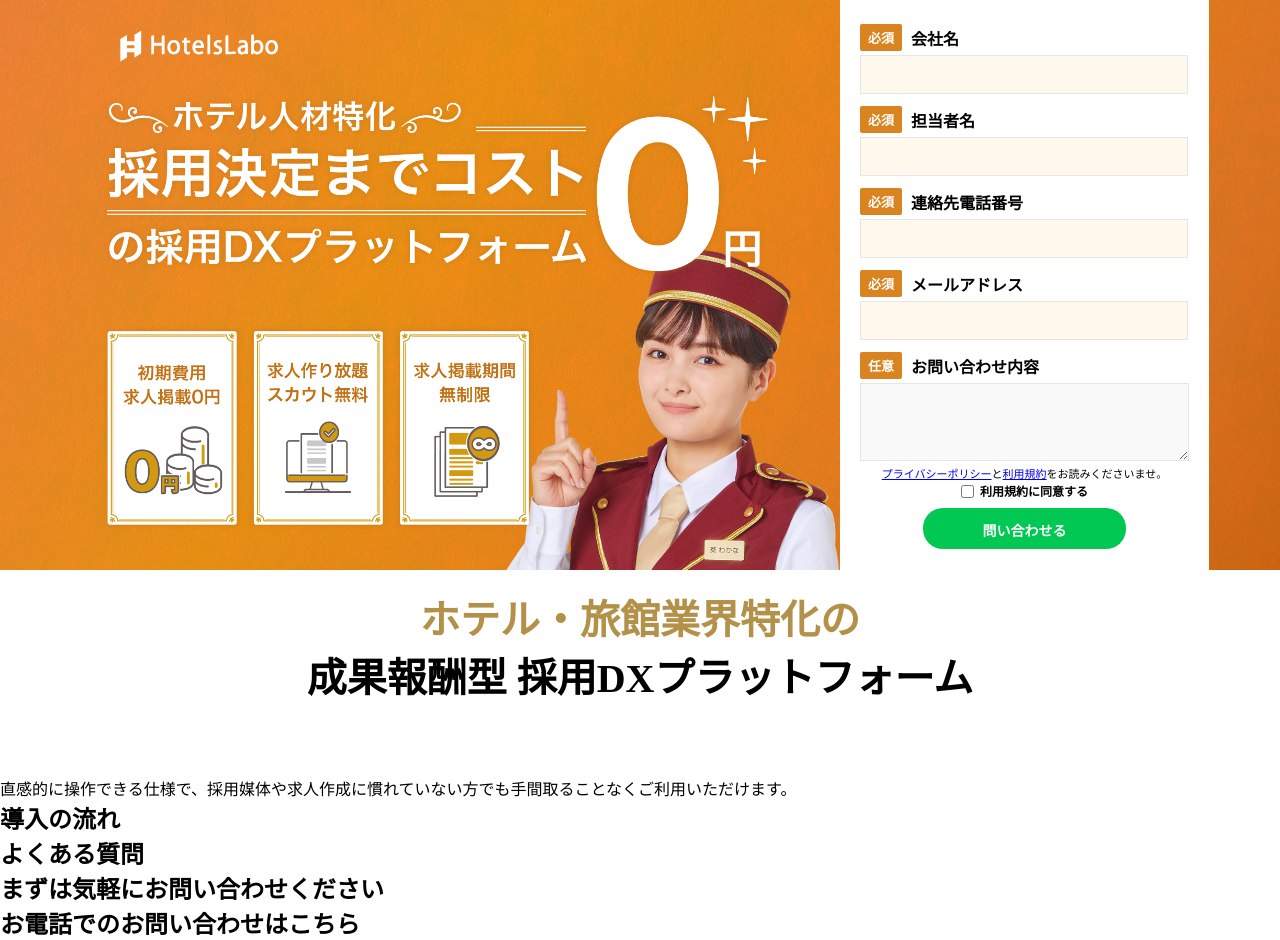
Repository: FujieRyou/to_b_lp
Page: index.html
These files come from the project's save history. The page is drawn as it stood at one moment and after the next save; the edit follows.
The browser window is 1280 px wide. The pictures show the whole page.

Above is the page before, as saved 2024-02-27 03:29:32.
Not found: index.js

After the next save:
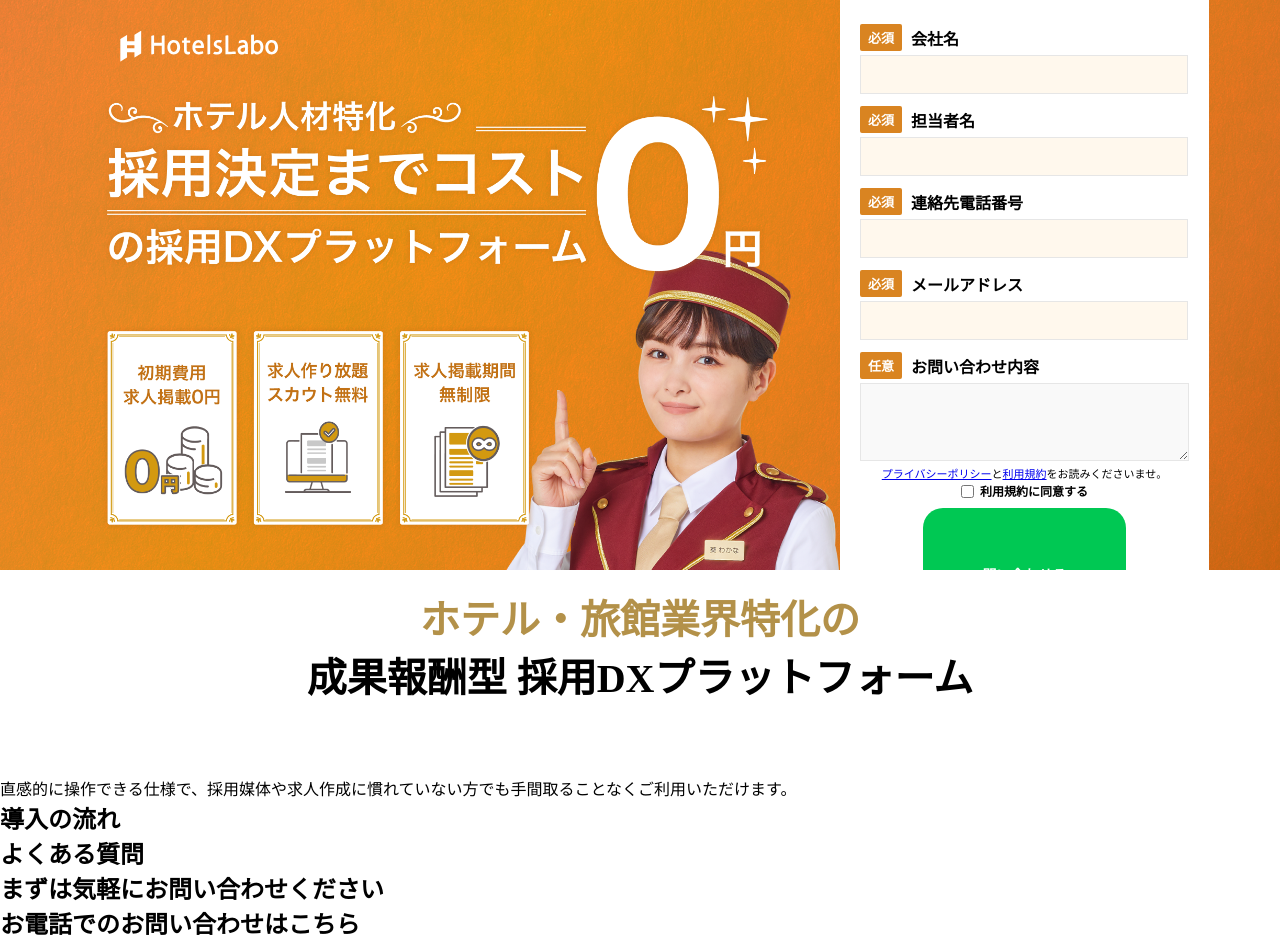
Saved 93 s later.
--- a/style.css
+++ b/style.css
@@ -108,7 +108,7 @@
     color: #fff;
     border-radius: 20px;
     margin: 0 auto;
-    padding: 12px 56px;
+    padding: 56px 12px;
     font-size: 14px;
     margin-top: 8px;
     font-weight: bold;
